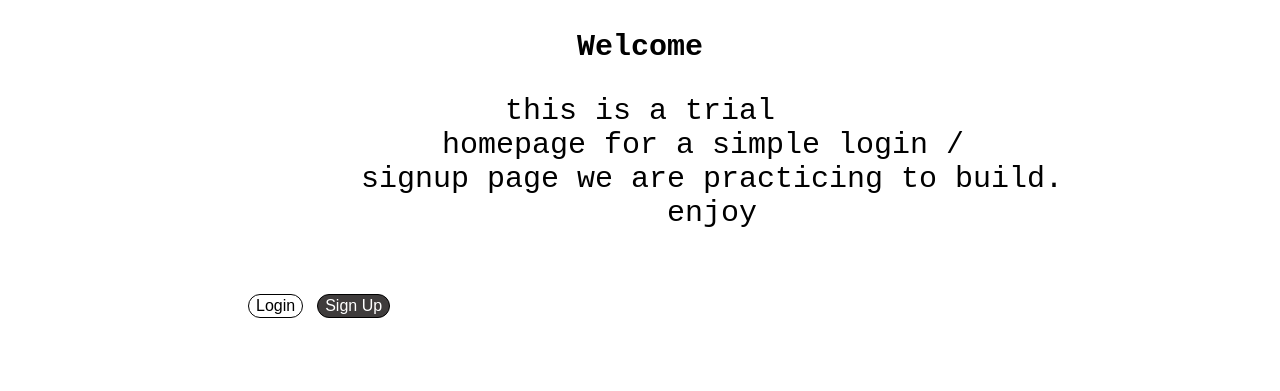
Repository: yhung004/TUTORIAL_PAGE
Page: home.html
An editor plug-in stored every save of this project. The page is shown before and after the next save, followed by the edit.
The browser window is 1280 px wide. The pictures show the whole page.

Above is the page before, as saved 2024-04-10 00:09:07.

### home.html
<!DOCTYPE html>
<html lang="en">
<head>
    <meta charset="UTF-8">
    <meta name="viewport" content="width=device-width, initial-scale=1.0">
    <title>Document</title>
    <link rel="stylesheet" href="main.css">
</head>
<body>
    <h3 class="welcome">Welcome</h3>
    <pre class="welcome_text">this is a trial
        homepage for a simple login /
        signup page we are practicing to build.
        enjoy
    </pre>
    <button class="button_a">
        Login
    </button>
    <button class="button_b">
        Sign Up
    </button>
</body>
</html>

### main.css
.welcome{
    text-align: center;
    font-family: 'Courier New', Courier, monospace;
    font-size: 30px;
}
.welcome_text {
    text-align:center;
    font-family: 'Courier New', Courier, monospace;
    font-size: 30px;
}
.button_a {
    position: relative;
    margin: 0 -200px 0 240px;
    border: 1px solid black;
    background-color:white;
    border-radius: 20px;
    font-size: medium;
    padding: 2px 7px 2px 7px;
}
.button_b {
    position: relative;
    margin: 0 -250px 0 210px;
    border : 1px solid black;
    border-radius: 20px;
    background-color: rgb(63, 60, 60);
    color:white;
    font-size: medium;
    padding: 2px 7px 2px 7px;
}

After the next save:
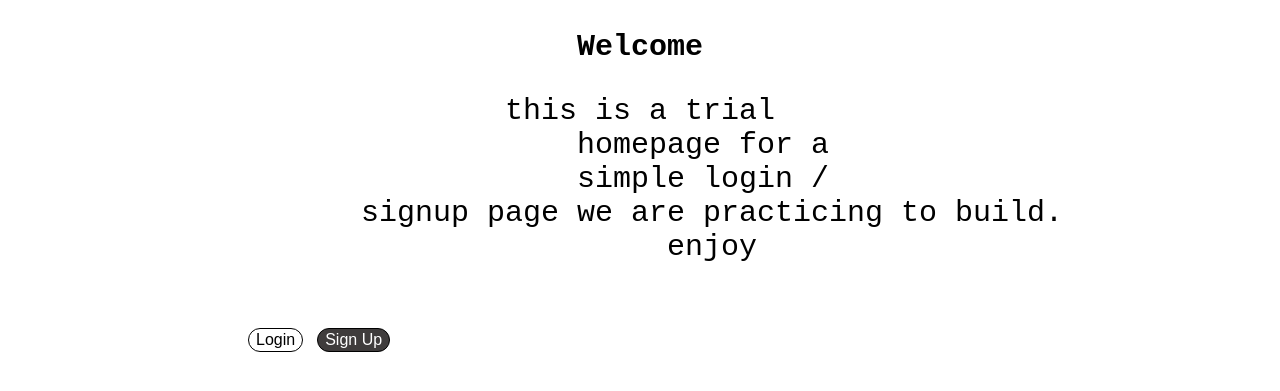
Saved 24 s later.
--- a/home.html
+++ b/home.html
@@ -9,7 +9,8 @@
 <body>
     <h3 class="welcome">Welcome</h3>
     <pre class="welcome_text">this is a trial
-        homepage for a simple login /
+        homepage for a
+        simple login /
         signup page we are practicing to build.
         enjoy
     </pre>
